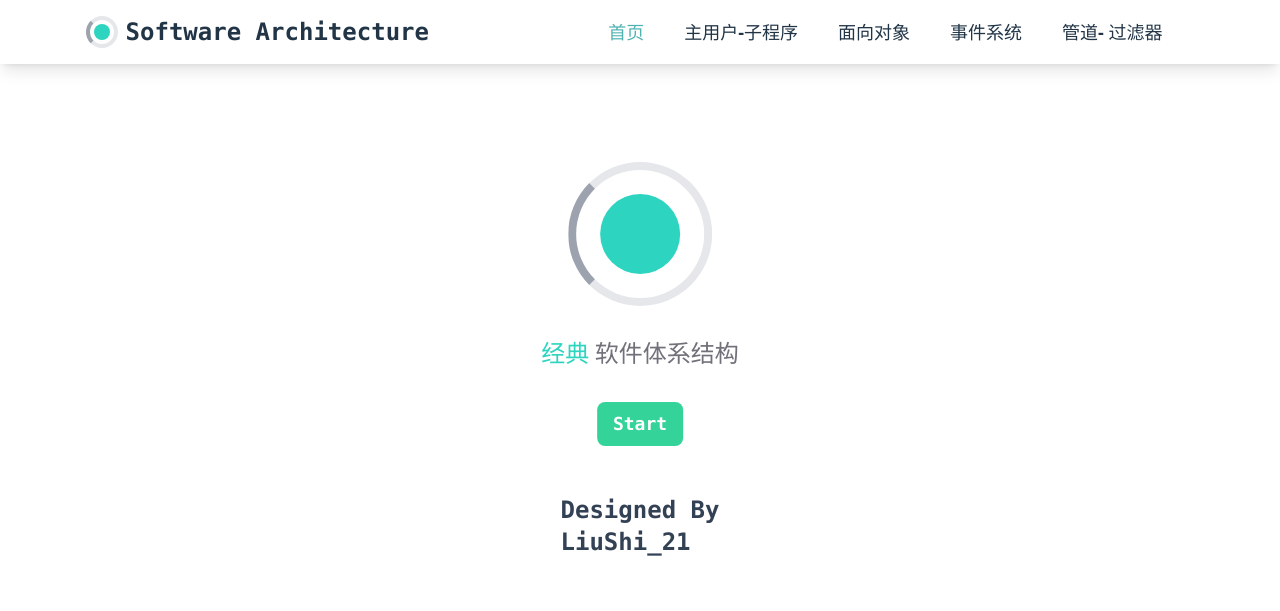
Repository: MarchRory/software_architecture_lab2
Page: / (app in lab2/)
An editor plug-in stored every save of this project. The page is shown before and after the next save, followed by the edit.
The browser window is 1280 px wide. The pictures show the whole page.
The project was rebuilt for these pictures with package versions that can differ from the ones it lists, and the page was loaded fresh each time. Also part of the build but not shown: lab2/vite.config.ts. Imported but missing from the stored project, and not drawn on this page: lab2/src/views/OOP/index.vue, lab2/src/views/PipFilter/index.vue, lab2/src/views/eventsSys/index.vue, lab2/src/views/mainChild/index.vue.

Above is the page before, as saved 2023-11-17 21:37:23.

After the next save:
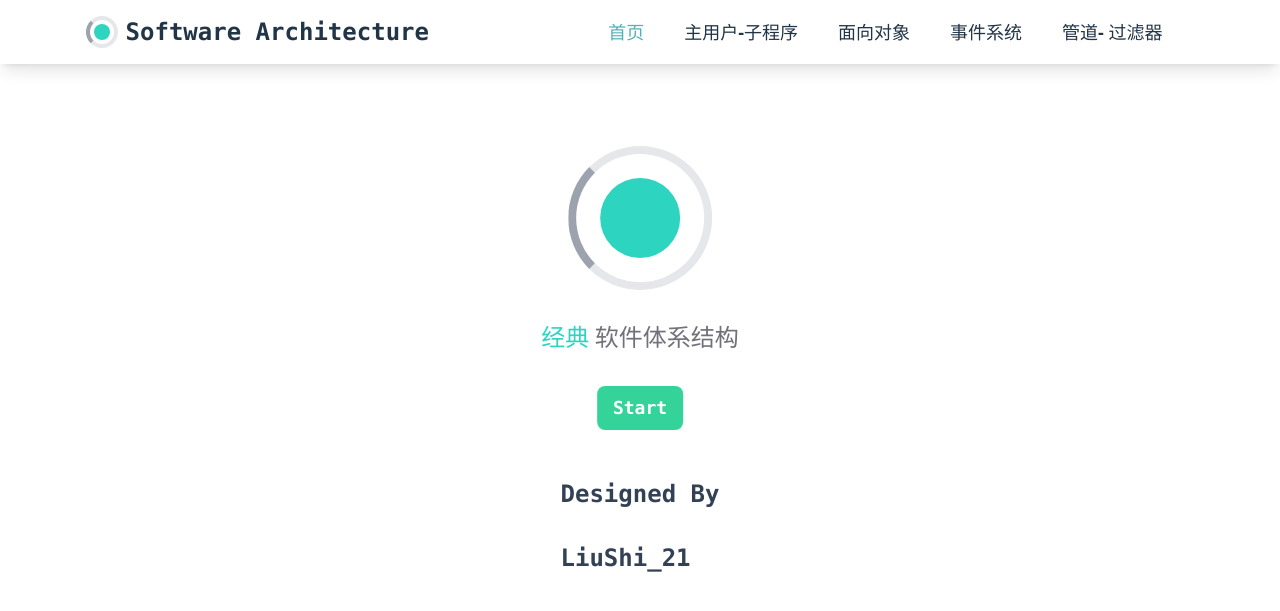
Saved 47 s later.
--- a/lab2/src/views/hello/index.vue
+++ b/lab2/src/views/hello/index.vue
@@ -30,9 +30,9 @@
 		</div>
 
 		<div class="flex flex-col justify-center mt-12 font-mono text-2xl font-bold text-slate-700">
-			Designed By
+			<span>Designed By</span>
 			<br />
-			LiuShi_21
+			<span>LiuShi_21</span>
 		</div>
 	</div>
 </template>
